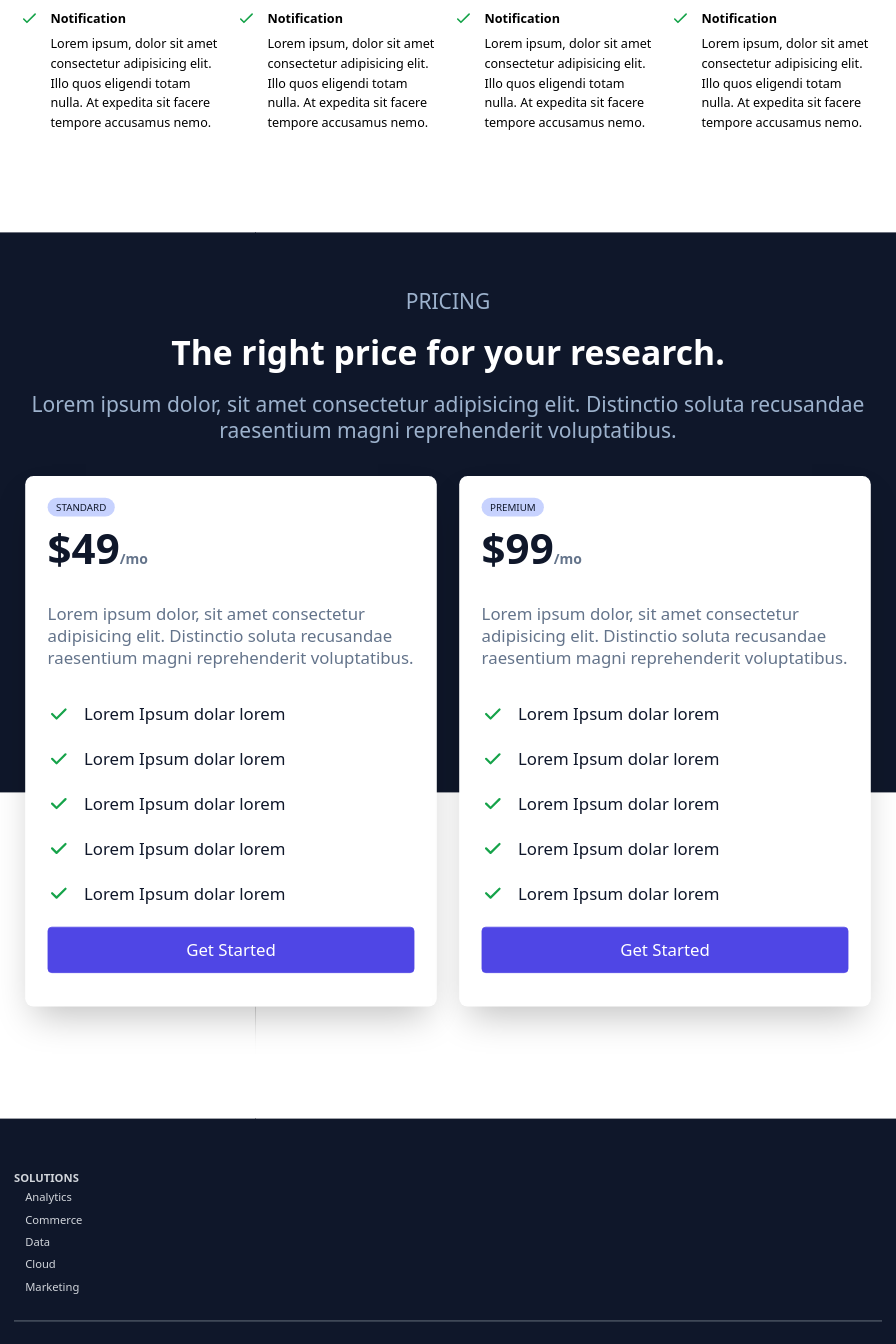
Repository: adrcstro/react-project-2
Page: /
These files come from the project's save history. The page is drawn as it stood at one moment and after the next save; the edit follows.
The browser window is 1280 px wide. The pictures show the part of the page from y = 2670 to 4590 px (the page is 4590 px tall), at 70% of full size.
The project was rebuilt for these pictures with package versions that can differ from the ones it lists, and the page was loaded fresh each time.

Above is the page before, as saved 2024-08-16 08:22:20.

### src/index.js
import React from 'react';
import ReactDOM from 'react-dom/client';
import './index.css';
import App from './App';

const root = ReactDOM.createRoot(document.getElementById('root'));
root.render(

    <App />

);

### src/index.css
@tailwind base;
@tailwind components;
@tailwind utilities;

@layer base{
    li{
       @apply p-4
    }
    button{
        @apply text-white border bg-indigo-600 border-indigo-600
        hover:bg-transparent hover:text-indigo-600 rounded-md
    }
}

### src/App.js
import About from "./components/About";
import AllinOne from "./components/AllinOne";
import Footer from "./components/Footer";
import Hero from "./components/Hero";
import Navbar from "./components/Navbar";
import Pricing from "./components/Pricing";
import Support from "./components/Support";



function App() {
  return (
    <>
<Navbar/>
<Hero/>
<About />
<Support />
<AllinOne/>
<Pricing />
<Footer />
    </>

  );
}

export default App;

### src/components/About.jsx
import React from 'react'

function About() {
  return (
    <div className='w-full my-32'>
        <div className='max-w-[1240px] mx-auto'>
          <div className='text-center'>
            <h2 className='text-5xl font-bold'>Trusted by developers across the world</h2>
            <p className='text-3xl py6 text-gray-500 px-3'>Trusted by developers across the world, our platform stands as a reliable choice for building robust
             applications. With a global community of skilled professionals.</p>
          </div>

          <div className='grid md:grid-cols-3 gap-3 px-2 text-center mt-4'>
             <div className='border py-8 rounded-xl shadow-xl'>
              <p className='text-6xl font-bold text-indigo-600'>100%</p>
              <p className='text-gray-400 mt-2'>Completion</p>
             </div>
             <div className='border py-8 rounded-xl shadow-xl'>
              <p className='text-6xl font-bold text-indigo-600'>24/7</p>
              <p className='text-gray-400 mt-2'>Delivery</p>
             </div>
             <div className='border py-8 rounded-xl shadow-xl'>
              <p className='text-6xl font-bold text-indigo-600'>100K</p>
              <p  className='text-gray-400 mt-2'>Transaction</p>
             </div>
          </div>
        </div>
    </div>
  )
}

export default About

### src/components/AllinOne.jsx
import React from 'react'
import { CheckIcon } from '@heroicons/react/outline'
function AllinOne() {
  return (
    <div className='w-full my-32'>
        <div className='max-w-[1240px] mx-auto px-2'>
            <h2 className='text-5xl font-bold text-center'>All-In-One Platform</h2>
            <p className='text-3xl py-8 text-gray-500 text-center'>Lorem ipsum, dolor sit amet consectetur adipisicing elit. Illo quos eligendi
            totam nulla. At expedita sit facere tempore accusamus nemo.</p>
        <div className='grid sm:grid-cols-2 lg:grid-cols-4 gap-4 pt-4'>

            <div>
                <div className='flex'>
                <div>
                <CheckIcon className='w-7 mr-4 text-green-600'/>
                </div>
                    <div className=''>
                        <h3 className='font-bold text-lg'>Notification</h3>
                        <p className='text-lg pt-2 pb-4'>Lorem ipsum, dolor sit amet consectetur adipisicing elit. Illo quos eligendi
                        totam nulla. At expedita sit facere tempore accusamus nemo.</p>
                    </div>
                </div>
            </div>
            <div>
                <div className='flex'>
                <div>
                <CheckIcon className='w-7 mr-4 text-green-600'/>
                </div>
                    <div className=''>
                        <h3 className='font-bold text-lg'>Notification</h3>
                        <p className='text-lg pt-2 pb-4'>Lorem ipsum, dolor sit amet consectetur adipisicing elit. Illo quos eligendi
                        totam nulla. At expedita sit facere tempore accusamus nemo.</p>
                    </div>
                </div>
            </div>
            <div>
                <div className='flex'>
                <div>
                <CheckIcon className='w-7 mr-4 text-green-600'/>
                </div>
                    <div className=''>
                        <h3 className='font-bold text-lg'>Notification</h3>
                        <p className='text-lg pt-2 pb-4'>Lorem ipsum, dolor sit amet consectetur adipisicing elit. Illo quos eligendi
                        totam nulla. At expedita sit facere tempore accusamus nemo.</p>
                    </div>
                </div>
            </div>
            <div>
                <div className='flex'>
                <div>
                <CheckIcon className='w-7 mr-4 text-green-600'/>
                </div>
                    <div className=''>
                        <h3 className='font-bold text-lg'>Notification</h3>
                        <p className='text-lg pt-2 pb-4'>Lorem ipsum, dolor sit amet consectetur adipisicing elit. Illo quos eligendi
                        totam nulla. At expedita sit facere tempore accusamus nemo.</p>
                    </div>
                </div>
            </div>
            <div>
                <div className='flex'>
                <div>
                <CheckIcon className='w-7 mr-4 text-green-600'/>
                </div>
                    <div className=''>
                        <h3 className='font-bold text-lg'>Notification</h3>
                        <p className='text-lg pt-2 pb-4'>Lorem ipsum, dolor sit amet consectetur adipisicing elit. Illo quos eligendi
                        totam nulla. At expedita sit facere tempore accusamus nemo.</p>
                    </div>
                </div>
            </div>
            <div>
                <div className='flex'>
                <div>
                <CheckIcon className='w-7 mr-4 text-green-600'/>
                </div>
                    <div className=''>
                        <h3 className='font-bold text-lg'>Notification</h3>
                        <p className='text-lg pt-2 pb-4'>Lorem ipsum, dolor sit amet consectetur adipisicing elit. Illo quos eligendi
                        totam nulla. At expedita sit facere tempore accusamus nemo.</p>
                    </div>
                </div>
            </div>
            <div>
                <div className='flex'>
                <div>
                <CheckIcon className='w-7 mr-4 text-green-600'/>
                </div>
                    <div className=''>
                        <h3 className='font-bold text-lg'>Notification</h3>
                        <p className='text-lg pt-2 pb-4'>Lorem ipsum, dolor sit amet consectetur adipisicing elit. Illo quos eligendi
                        totam nulla. At expedita sit facere tempore accusamus nemo.</p>
                    </div>
                </div>
            </div>
            <div>
                <div className='flex'>
                <div>
                <CheckIcon className='w-7 mr-4 text-green-600'/>
                </div>
                    <div className=''>
                        <h3 className='font-bold text-lg'>Notification</h3>
                        <p className='text-lg pt-2 pb-4'>Lorem ipsum, dolor sit amet consectetur adipisicing elit. Illo quos eligendi
                        totam nulla. At expedita sit facere tempore accusamus nemo.</p>
                    </div>
                </div>
            </div>

        </div>
        </div>
    </div>
  )
}

export default AllinOne

### src/components/Footer.jsx
import React from 'react'

import {
    FaFacebook,
    FaGithub,
    FaInstagram,
    FaTwitter,
    FaTwitch,
} from 'react-icons/fa';


function Footer() {
  return (
    <div className='w-full mt-24 bg-slate-900 text-gray-300 py-8 px-2'>
        <div className='max-w-[1240px] mx-auto grid md:grid-cols-6 border-b-2 border-gray-600 py-8'>
            <div>
                <h6 className='font-bold uppercase pt-2'>Solutions</h6>
                <ul>
                     <li className='py-1'>Analytics</li>
                     <li className='py-1'>Commerce</li>
                     <li className='py-1'>Data</li>
                     <li className='py-1'>Cloud</li>
                     <li className='py-1'>Marketing</li>
                </ul>
            </div>
        </div>
    </div>
  )
}

export default Footer

### src/components/Hero.jsx
import React from 'react'
import {
  CloudUploadIcon,
  DatabaseIcon,
  PaperAirplaneIcon,
  ServerIcon,
} from '@heroicons/react/solid'

import bgImg from '../assets/cyber-bg.png'

function Hero() {
  return (
    <div className='w-full h-screen bg-zinc-200 flex flex-col justify-between'>
<div className='grid md:grid-cols-2 max-w-[1240px] m-auto'>
       <div className='flex flex-col justify-center md:items-start w-full px-2 py-8'>
        <p className='text-2xl'>Unique Sequencing & Production</p>
        <h1 className='py-3 text-5xl md:text-7xl font-bold'>Cloud Management</h1>
        <p className='text-2xl'>This is our Tech brand</p>
        <button className='py-3 px-6 sm:w-[60%] my-4 '>Get Started</button>
       </div>
       <div>
    <img className='w-full' src={bgImg} alt='/' />
       </div>
<div className='absolute flex flex-col py-8 md:min-w-[760px] bottom-[5%] mx-1 md:left-1/2
transform md:-translate-x-1/2 bg-zinc-200 border border-slate-300 rounded-xl text-center shadow-xl'>
  <p>Data Services</p>
  <div className='flex justify-between flex-wrap px-4'>
    <p className='flex px-4 py-2 text-slate-500'><CloudUploadIcon className='h-6 text-indigo-600' /> App Security</p>
    <p className='flex px-4 py-2 text-slate-500'><DatabaseIcon className='h-6 text-indigo-600' /> Dashboard</p>
    <p className='flex px-4 py-2 text-slate-500'><PaperAirplaneIcon className='h-6 text-indigo-600' /> Cloud Data</p>
    <p className='flex px-4 py-2 text-slate-500'><ServerIcon className='h-6 text-indigo-600' /> API</p>
  </div>
</div>
</div>
    </div>
  )
}

export default Hero

### src/components/Navbar.jsx
import React ,{useState} from 'react'
import {MenuIcon, XIcon} from '@heroicons/react/outline'

function Navbar() {

const [nav, setNav] = useState(false)
const handleClick = () => setNav(!nav)



  return (
    <div className='w-screen h-[80px] z-10 bg-zinc-200 fixed drop-shadow-lg'>
    <div className='px-2 flex justify-between items-center  w-full h-full'>
<div className='flex items-center'>
  <h1 className='text-3xl font-bold mr-4 sm:text-4xl'>BRANS.</h1>
  <ul className='hidden  md:flex'>
<li>Home</li>
<li>About</li>
<li>Support</li>
<li>Platforms</li>
<li>Pricing</li>
  </ul>
</div>
<div className='hidden md:flex pr-4'>
  <button className='border-none bg-transparent text-black mr-4'>Sign In</button>
  <button className='px-8 py-3'>Sign Up</button>
</div>

    <div  className='md:hidden mr-4' onClick={handleClick}>
    {!nav ? <MenuIcon className="w-5"/> : <XIcon className='w-5'/>}

    </div>
    </div>
<ul className={!nav ? 'hidden' : 'absolute bg-zinc-200 w-full px-8'}>
<li className='border-b-2 border-zinc-300 w-full'>Home</li>
<li className='border-b-2 border-zinc-300 w-full'>About</li>
<li className='border-b-2 border-zinc-300 w-full'>Support</li>
<li className='border-b-2 border-zinc-300 w-full'>Platforms</li>
<li className='border-b-2 border-zinc-300 w-full'>Pricing</li>
<div className='flex flex-col my-4'>
<button className='bg-transparent  text-indigo-600 px-8 py-3 mb-4'>Sign In</button>
<button className='px-8 py-3'>Sign Up</button>
</div>
</ul>

    </div>

  )
}

export default Navbar

### src/components/Pricing.jsx
import React from 'react'
import { CheckIcon } from '@heroicons/react/solid'
function Pricing() {
  return (
    <div className='w-full text-white my-24'>
        <div className='w-full h-[800px] bg-slate-900 absolute mix-blend-overlay'></div>
        <div className='max-w-[1240px] mx-auto py-12'>
        <div className='text-center py-8 text-slate-300'>
            <h2 className='text-3xl uppercase' >Pricing</h2>
            <h3 className='text-5xl font-bold text-white py-8'>The right price for your
            research.</h3>
            <p className='text-3xl '>Lorem ipsum dolor, sit amet consectetur
             adipisicing elit. Distinctio soluta recusandae
             raesentium magni reprehenderit voluptatibus.</p>
        </div>

       <div className='grid md:grid-cols-2 '>
        <div className='bg-white text-slate-900 m-4 p-8 rounded-xl shadow-2xl relative'>
            <span className='uppercase px-3 py-1 bg-indigo-200 rounded-2xl text-sm'>Standard</span>
            <div>
                <p className='text-6xl font-bold py-4 flex'>$49<span className='text-xl text-slate-500 flex flex-col justify-end'>/mo</span></p>
            </div>
            <p className='text-2xl py-8 text-slate-500'>Lorem ipsum dolor, sit amet consectetur
             adipisicing elit. Distinctio soluta recusandae
             raesentium magni reprehenderit voluptatibus.</p>
             <div className='text-2xl relative'>
                <p className='flex py-4'><CheckIcon className='w-8 mr-5 text-green-600'/> Lorem Ipsum dolar lorem</p>
                <p className='flex py-4'><CheckIcon className='w-8 mr-5 text-green-600'/> Lorem Ipsum dolar lorem</p>
                <p className='flex py-4'><CheckIcon className='w-8 mr-5 text-green-600'/> Lorem Ipsum dolar lorem</p>
                <p className='flex py-4'><CheckIcon className='w-8 mr-5 text-green-600'/> Lorem Ipsum dolar lorem</p>
                <p className='flex py-4'><CheckIcon className='w-8 mr-5 text-green-600'/> Lorem Ipsum dolar lorem</p>
                <button className='w-full py-4 my-4'>Get Started</button>
             </div>
        </div>
        <div className='bg-white text-slate-900 m-4 p-8 rounded-xl shadow-2xl relative'>
            <span className='uppercase px-3 py-1 bg-indigo-200 rounded-2xl text-sm'>Premium</span>
            <div>
                <p className='text-6xl font-bold py-4 flex'>$99<span className='text-xl text-slate-500 flex flex-col justify-end'>/mo</span></p>
            </div>
            <p className='text-2xl py-8 text-slate-500'>Lorem ipsum dolor, sit amet consectetur
             adipisicing elit. Distinctio soluta recusandae
             raesentium magni reprehenderit voluptatibus.</p>
             <div className='text-2xl relative'>
                <p className='flex py-4'><CheckIcon className='w-8 mr-5 text-green-600'/> Lorem Ipsum dolar lorem</p>
                <p className='flex py-4'><CheckIcon className='w-8 mr-5 text-green-600'/> Lorem Ipsum dolar lorem</p>
                <p className='flex py-4'><CheckIcon className='w-8 mr-5 text-green-600'/> Lorem Ipsum dolar lorem</p>
                <p className='flex py-4'><CheckIcon className='w-8 mr-5 text-green-600'/> Lorem Ipsum dolar lorem</p>
                <p className='flex py-4'><CheckIcon className='w-8 mr-5 text-green-600'/> Lorem Ipsum dolar lorem</p>
                <button className='w-full py-4 my-4'>Get Started</button>
             </div>
        </div>
       </div>



        </div>
    </div>
  )
}

export default Pricing

### src/components/Support.jsx
import React from 'react'
import {PhoneIcon, ArrowSmRightIcon} from '@heroicons/react/outline';
import {ChipIcon, SupportIcon} from '@heroicons/react/solid'

import supportImg from '../assets/support.jpg'
function Support() {
  return (
    <div className='w-full  mt-24'>
        <div className='w-full h-[700px] bg-gray-900/90 absolute'>
            <img className='w-full h-full object-cover mix-blend-overlay' src={supportImg} alt='/' />
        </div>
        <div className='w-max-w-[1240px] mx-auto text-white relative'>
            <div className='px-4 py-12'>
                <h2 className='text-3xl pt-8 text-slate-300 uppercase text-center'>Support</h2>
                <h3 className='text-5xl font-bold py-6 text-center'>Finding the right team</h3>
                <p className='py-4 text-3xl text-center text-slate-300 '>With a global community of skilled professionals, we ensure top-notch support and continuous innovation. Join thousands
                 who trust us to elevate their development projects to new heights</p>
            </div>


            <div className='grid grid-cols-1 lg:grid-cols-3 relative gap-x-8 gap-y-16 px-4 pt-12 sm:pt-20 text-black'>
            <div className='bg-white rounded-xl shadow-2xl'>
                 <div className='p-8'>
                    <PhoneIcon className='w-16 p-4 bg-indigo-600 text-white rounded-lg mt-[-4rem]'/>
                    <h3 className='font-bold text-2xl my-6'>Sales</h3>
                    <p className='text-gray-600 text-xl '>With a global community of skilled professionals, we ensure top-notch support and continuous innovation. Join thousands who trust us to elevate their development projects to new heights</p>
                 </div>
                 <div className='bg-slate-100 pl-8 py-4'>
                    <p className='flex items-center text-indigo-600'>Contact Us <ArrowSmRightIcon className='w-5 ml-2'/> </p>
                 </div>
            </div>
            <div className='bg-white rounded-xl shadow-2xl'>
                 <div className='p-8'>
                    <SupportIcon className='w-16 p-4 bg-indigo-600 text-white rounded-lg mt-[-4rem]'/>
                    <h3 className='font-bold text-2xl my-6'>Technical Support</h3>
                    <p className='text-gray-600 text-xl '>With a global community of skilled professionals, we ensure top-notch support and continuous innovation. Join thousands who trust us to elevate their development projects to new heights</p>
                 </div>
                 <div className='bg-slate-100 pl-8 py-4'>
                    <p className='flex items-center text-indigo-600'>Contact Us <ArrowSmRightIcon className='w-5 ml-2'/> </p>
                 </div>
            </div>
            <div className='bg-white rounded-xl shadow-2xl'>
                 <div className='p-8'>
                    <ChipIcon className='w-16 p-4 bg-indigo-600 text-white rounded-lg mt-[-4rem]'/>
                    <h3 className='font-bold text-2xl my-6'>Media Inquiries</h3>
                    <p className='text-gray-600 text-xl '>With a global community of skilled professionals, we ensure top-notch support and continuous innovation. Join thousands who trust us to elevate their development projects to new heights</p>
                 </div>
                 <div className='bg-slate-100 pl-8 py-4'>
                    <p className='flex items-center text-indigo-600'>Contact Us <ArrowSmRightIcon className='w-5 ml-2'/> </p>
                 </div>
            </div>
        </div>
    </div>
    </div>
  )
}

export default Support

Loaded but not shown: public/index.html (common file); tailwind.config.js (common file)

After the next save:
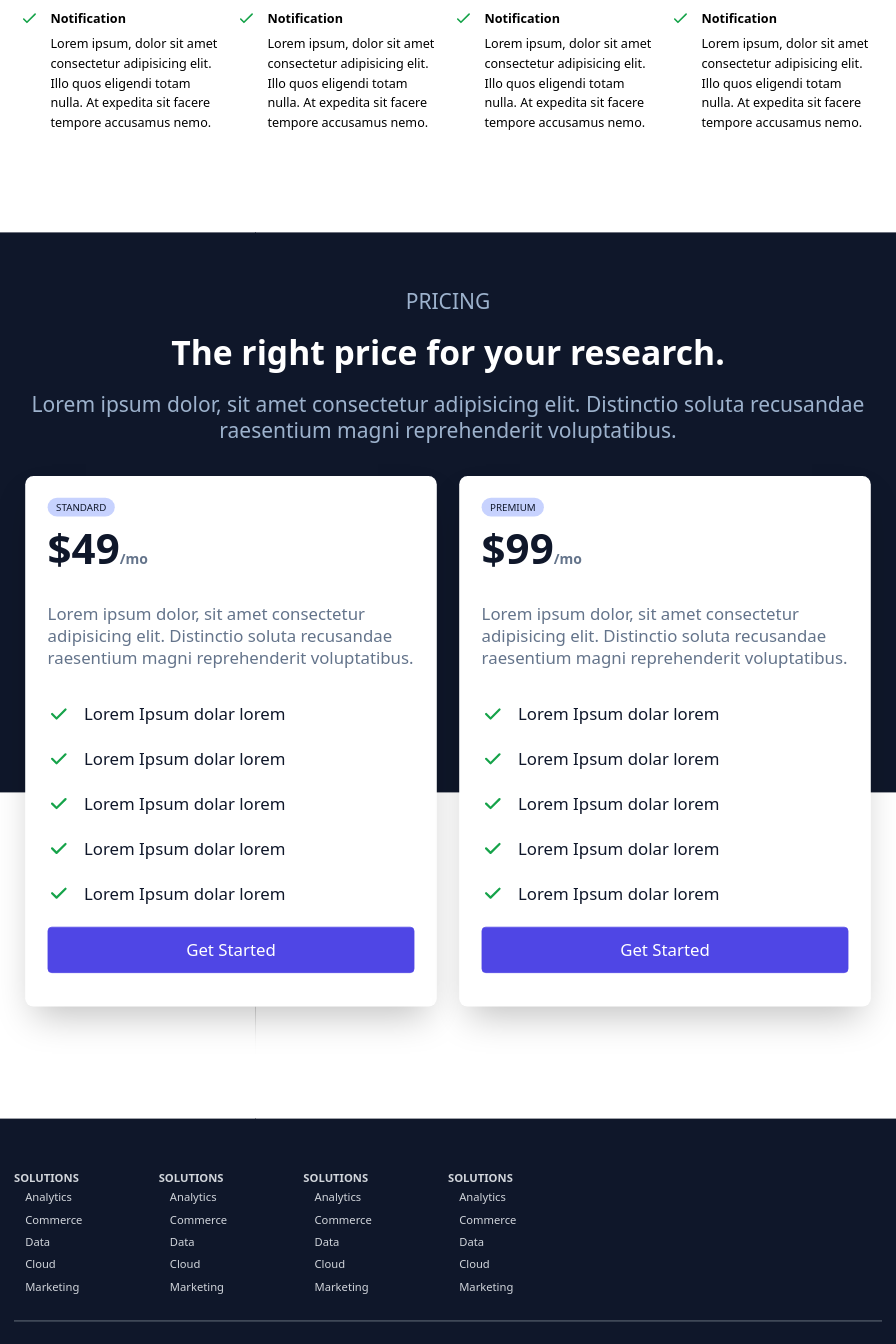
Saved 27 s later.
--- a/src/components/Footer.jsx
+++ b/src/components/Footer.jsx
@@ -23,6 +23,36 @@ function Footer() {
                      <li className='py-1'>Marketing</li>
                 </ul>
             </div>
+            <div>
+                <h6 className='font-bold uppercase pt-2'>Solutions</h6>
+                <ul>
+                     <li className='py-1'>Analytics</li>
+                     <li className='py-1'>Commerce</li>
+                     <li className='py-1'>Data</li>
+                     <li className='py-1'>Cloud</li>
+                     <li className='py-1'>Marketing</li>
+                </ul>
+            </div>
+            <div>
+                <h6 className='font-bold uppercase pt-2'>Solutions</h6>
+                <ul>
+                     <li className='py-1'>Analytics</li>
+                     <li className='py-1'>Commerce</li>
+                     <li className='py-1'>Data</li>
+                     <li className='py-1'>Cloud</li>
+                     <li className='py-1'>Marketing</li>
+                </ul>
+            </div>
+            <div>
+                <h6 className='font-bold uppercase pt-2'>Solutions</h6>
+                <ul>
+                     <li className='py-1'>Analytics</li>
+                     <li className='py-1'>Commerce</li>
+                     <li className='py-1'>Data</li>
+                     <li className='py-1'>Cloud</li>
+                     <li className='py-1'>Marketing</li>
+                </ul>
+            </div>
         </div>
     </div>
   )
